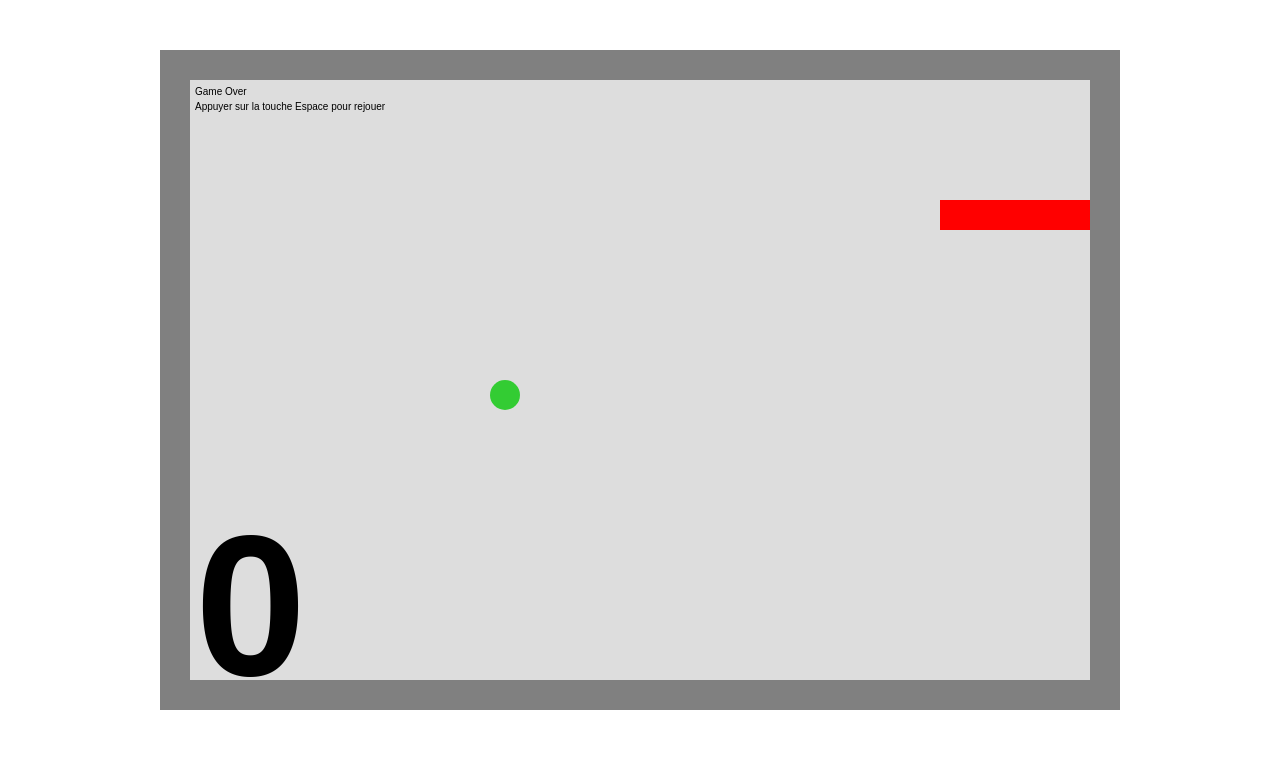
Repository: 0Memo/serpent
Page: index.html
An editor plug-in stored every save of this project. The page is shown before and after the next save, followed by the edit.
The browser window is 1280 px wide. The pictures show the whole page.

Above is the page before, as saved 2020-12-16 22:11:59.

After the next save:
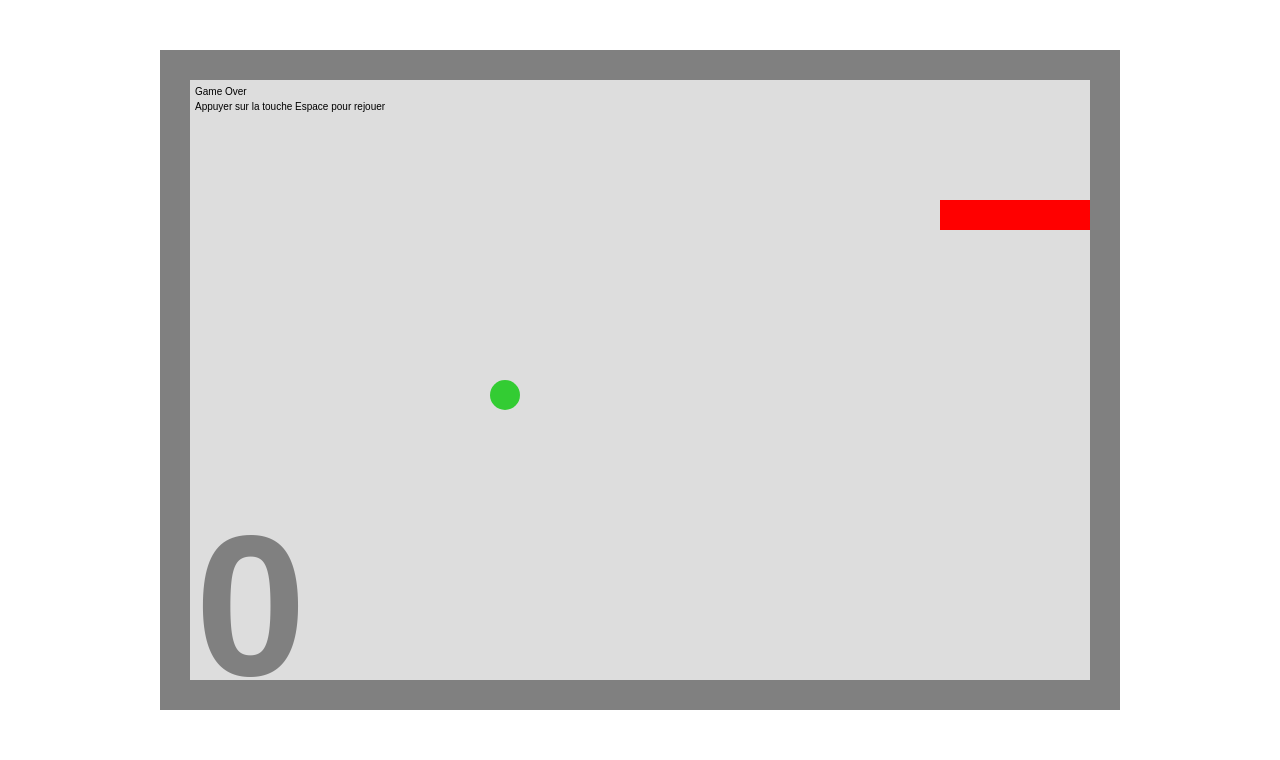
Saved 55 s later.
--- a/js/script.js
+++ b/js/script.js
@@ -74,6 +74,7 @@ window.onload = function(){
     {
         ctx.save();
         ctx.font = "bold 200px sans-serif";
+        ctx.fillStyle = "gray";
         ctx.fillText(score.toString(), 5, canvasHeight -5);
         ctx.restore();
     }
